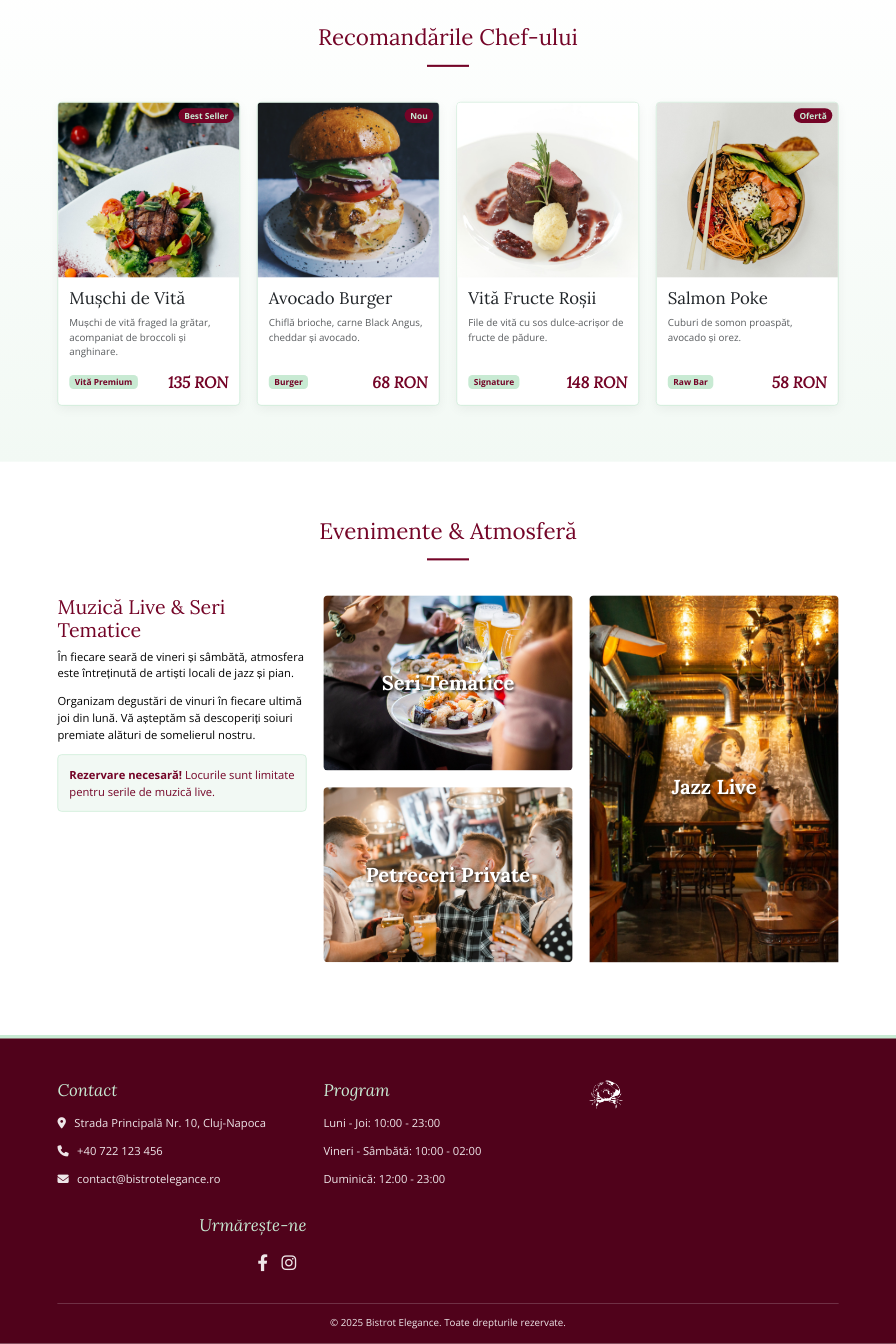
Repository: 912-Comsa-Teodora/bistrot-restaurant
Page: restaurant/index.html
These files come from the project's save history. The page is drawn as it stood at one moment and after the next save; the edit follows.
The browser window is 1280 px wide. The pictures show the part of the page from y = 1261 to 3181 px (the page is 3181 px tall before and 3118 px after), at 70% of full size.
A picture or video elsewhere on the page could not be fetched, so the positions and the page height are approximate.

Above is the page before, as saved 2026-01-18 16:38:08.

### restaurant/index.html
<!DOCTYPE html>
<html lang="ro">
<head>
    <meta charset="UTF-8">
    <meta name="viewport" content="width=device-width, initial-scale=1.0">
    <meta name="description" content="Cel mai bun restaurant și bar din oraș. Atmosferă unică, meniu select.">
    <meta name="author" content="Numele Tau">

    <title>Bistrot Elegance - Restaurant & Bar</title>

    <link href="https://cdn.jsdelivr.net/npm/bootstrap@5.3.0/dist/css/bootstrap.min.css" rel="stylesheet">
    <link rel="stylesheet" href="https://cdnjs.cloudflare.com/ajax/libs/font-awesome/6.4.0/css/all.min.css">

    <link href="https://fonts.googleapis.com/css2?family=Lora:ital,wght@0,400;0,700;1,400&family=Open+Sans:wght@300;400;700&display=swap" rel="stylesheet">

    <style>
        :root {
            --primary-color: #740427;
            --primary-dark: #50021b;
            --mint-color: #C8EAD3;
            --mint-light: #F2F9F4;
            --text-dark: #000000;
            --white: #ffffff;
        }

        body {
            /* CHANGE 1: Applied Open Sans */
            font-family: 'Open Sans', sans-serif;
            color: var(--text-dark);
            padding-top: 65px;
            background-color: var(--white);
        }

        h1, h2, h3, h4, h5 {
            /* CHANGE 1: Applied Lora */
            font-family: 'Lora', serif;
            color: var(--primary-color);
        }

        .navbar {
            background-color: #fff;
            box-shadow: 0 2px 10px rgba(0,0,0,0.1);
            border-bottom: 1px solid var(--mint-color);
        }

        .navbar-brand img {
            max-height: 40px;
        }

        .nav-link {
            color: var(--primary-dark);
            font-weight: 700;
            text-transform: uppercase;
            font-size: 0.9rem;
        }

        .nav-link:hover {
            color: var(--primary-color);
        }


        #heroCarousel .carousel-item img {
            height: calc(100vh - 65px);
            object-fit: cover;
            filter: brightness(0.6);
        }

        .carousel-caption {
            top: 50%;
            transform: translateY(-50%);
            bottom: auto;
            width: 70%;
            left: 15%;
        }

        .carousel-caption p {
            margin-top: 0;
            margin-bottom: 1.5rem;
            font-size: 1.2rem;
            font-weight: 300;
            color: #fff;
        }

        .carousel-caption h2 {
            font-size: 4rem;
            color: #fff;
            text-shadow: 2px 2px 4px rgba(0,0,0,0.6);
        }


        section {
            padding: 80px 0;
        }

        .section-title {
            text-align: center;
            margin-bottom: 50px;
            position: relative;
        }

        .section-title::after {
            content: '';
            display: block;
            width: 60px;
            height: 3px;
            background-color: var(--primary-color);
            margin: 20px auto;
        }

        .bg-mint-gradient {
            background: linear-gradient(180deg, var(--white) 0%, var(--mint-light) 100%);
        }

        .card {
            border: 1px solid var(--mint-color);
            background-color: #fff;
            transition: transform 0.3s;
            box-shadow: 0 5px 15px rgba(0,0,0,0.05);
        }

        .card:hover {
            transform: translateY(-5px);
            border-color: var(--primary-color);
            box-shadow: 0 10px 30px rgba(116, 4, 39, 0.1);
        }

        .card-img-top {
            height: 250px;
            width: 100%;
            object-fit: cover;
            object-position: center;
        }

        .price-tag {
            /* CHANGE 1 & 2: Font Lora + Italic */
            font-family: 'Lora', serif;
            font-size: 1.4rem;
            font-weight: 700;
            color: var(--primary-color);
            font-style: italic; /* Added Italic */
        }


        .badge-custom-primary {
            background-color: var(--primary-color) !important;
            color: var(--mint-color);
        }

        .badge-custom-mint {
            background-color: var(--mint-color) !important;
            color: var(--primary-color);
            font-weight: 700;
        }

        /* EVENTS STYLING */
        /* CHANGE 3: Wrapper for images to hold the text */
        .event-wrapper {
            position: relative;
            overflow: hidden;
            border-radius: 0.375rem; /* Matches Bootstrap 'rounded' */
        }

        /* CHANGE 3: Text Overlay Style */
        .event-text-overlay {
            position: absolute;
            top: 50%;
            left: 50%;
            transform: translate(-50%, -50%);
            color: var(--white);
            font-family: 'Lora', serif;
            font-size: 1.8rem;
            font-weight: 700;
            text-shadow: 2px 2px 4px rgba(0,0,0,0.8);
            width: 100%;
            text-align: center;
            z-index: 2;
            pointer-events: none; /* Allows clicking through text if needed */
        }

        /* Optional: Darken image slightly to make text pop */
        .event-wrapper img {
            transition: transform 0.3s ease;
        }
        .event-wrapper:hover img {
            transform: scale(1.05);
        }

        @media (min-width: 992px) {
            .event-img-small {
                height: 250px;
                width: 100%;
                object-fit: cover;
            }
            .event-img-large {
                height: calc(500px + 1.5rem);
                width: 100%;
                object-fit: cover;
            }
        }


        footer {
            background-color: var(--primary-dark);
            color: #fff;
            padding: 60px 0 20px;
            border-top: 5px solid var(--mint-color);
        }

        footer h4 {
            color: var(--mint-color);
            margin-bottom: 20px;
            /* CHANGE 2: Footer Titles Italic */
            font-style: italic;
        }

        footer p, footer i {
            color: rgba(255, 255, 255, 0.9);
        }

        .social-icons a {
            color: #fff;
            font-size: 1.5rem;
            margin-right: 15px;
            transition: color 0.3s;
        }

        .social-icons a:hover {
            color: var(--mint-color);
        }

        hr.bg-light {
             border-color: rgba(255,255,255,0.2);
        }
    </style>
</head>
<body>

    <header id="home">
        <nav class="navbar navbar-expand-lg navbar-light fixed-top">
            <div class="container">
                <a class="navbar-brand" href="index.html">
                    <img src="./pictures/Bistrot-Elegance-Logo-visiniu.png" alt="Logo Bistrot Elegance">
                </a>

                <button class="navbar-toggler" type="button" data-bs-toggle="collapse" data-bs-target="#navbarContent" aria-controls="navbarContent" aria-expanded="false" aria-label="Toggle navigation">
                    <span class="navbar-toggler-icon"></span>
                </button>

                <div class="collapse navbar-collapse" id="navbarContent">
                    <ul class="navbar-nav ms-auto mb-2 mb-lg-0">
                        <li class="nav-item">
                            <a class="nav-link" href="#home">Acasă</a>
                        </li>
                        <li class="nav-item">
                            <!-- LINK MODIFIED HERE TO OPEN PDF -->
                            <a class="nav-link" href="menu.pdf" target="_blank">Meniu</a>
                        </li>
                        <li class="nav-item">
                            <a class="nav-link" href="#despre">Despre Noi</a>
                        </li>
                        <li class="nav-item">
                            <a class="nav-link" href="#specialitati">Specialități</a>
                        </li>
                        <li class="nav-item">
                            <a class="nav-link" href="#evenimente">Evenimente</a>
                        </li>
                        <li class="nav-item">
                            <a class="nav-link" href="#contact">Contact</a>
                        </li>
                    </ul>
                </div>
            </div>
        </nav>
    </header>

    <div id="heroCarousel" class="carousel slide" data-bs-ride="carousel">
        <div class="carousel-inner">
            <div class="carousel-item active" data-bs-interval="3000">
                <img src="pictures/restaurant-imagine-principala.jpg" class="d-block w-100" alt="Interior restaurant">
                <div class="carousel-caption">
                    <p>Bine ați venit la</p>
                    <h2>Bistrot Elegance</h2>
                    <p>O experiență culinară de neuitat în inima orașului</p>
                </div>
            </div>

            <div class="carousel-item" data-bs-interval="3000">
                <img src="pictures/cover-bauturi.jpg" class="d-block w-100" alt="Bauturi">
                <div class="carousel-caption">
                    <h2>Cocktailuri Signature</h2>
                    <p>Mixologie rafinată pentru seri perfecte</p>
                </div>
            </div>

            <div class="carousel-item" data-bs-interval="3000">
                <img src="pictures/cover-mancare.jpg" class="d-block w-100" alt="Mancare">
                <div class="carousel-caption">
                    <h2>Gusturi Autentice</h2>
                    <p>Preparate create cu pasiune din ingrediente locale</p>
                </div>
            </div>

            <div class="carousel-item" data-bs-interval="3000">
                <img src="pictures/cover-desert.jpg" class="d-block w-100" alt="Desert">
                <div class="carousel-caption">
                    <h2>Deserturi Artizanale</h2>
                    <p>Finalul dulce perfect pentru orice masă</p>
                </div>
            </div>
        </div>
    </div>

    <section id="despre">
        <div class="container">
            <div class="row align-items-center">
                <div class="col-lg-6 mb-4 mb-lg-0">
                    <h2 class="mb-4">Povestea Noastră</h2>
                    <h3 class="mb-3" style="color: var(--text-dark); opacity: 0.8;">Tradiție și modernism din 2010</h3>
                    <p>
                        Situat într-o clădire istorică, <strong>Bistrot Elegance</strong> îmbină arhitectura clasică cu un design interior modern și vibrant. Ne mândrim cu o atmosferă care invită la relaxare și conversație, fiind locul ideal atât pentru întâlniri de afaceri, cât și pentru cine romantice.
                    </p>
                    <p>
                        Filozofia noastră culinară se bazează pe ingrediente locale, proaspete, reinterpretate într-o manieră internațională. Echipa noastră de bucătari pasionați lucrează zilnic pentru a oferi preparate care surprind prin gust și prezentare.
                    </p>
                </div>
                <div class="col-lg-6">
                    <img src="pictures/interior-restaurant.jpg" class="img-fluid rounded shadow" alt="Interior restaurant">
                </div>
            </div>
        </div>
    </section>

    <section id="specialitati" class="bg-mint-gradient">
        <div class="container">
            <h2 class="section-title">Recomandările Chef-ului</h2>
            <div class="row g-4">

                <div class="col-md-6 col-lg-3">
                    <div class="card h-100">
                        <span class="position-absolute top-0 end-0 badge rounded-pill badge-custom-primary m-2">
                            Best Seller
                        </span>
                        <img src="pictures/muschi-de-vita-cu-legume.jpg" class="card-img-top" alt="Vita">
                        <div class="card-body d-flex flex-column">
                            <h4 class="card-title">Mușchi de Vită</h4>
                            <p class="card-text small text-muted">Mușchi de vită fraged la grătar, acompaniat de broccoli și anghinare.</p>
                            <div class="mt-auto d-flex justify-content-between align-items-center">
                                <span class="badge badge-custom-mint">Vită Premium</span>
                                <span class="price-tag">135 RON</span>
                            </div>
                        </div>
                    </div>
                </div>

                <div class="col-md-6 col-lg-3">
                    <div class="card h-100">
                         <span class="position-absolute top-0 end-0 badge rounded-pill badge-custom-primary m-2">
                            Nou
                        </span>
                        <img src="pictures/avocado-gourmet-burger.jpg" class="card-img-top" alt="Burger">
                        <div class="card-body d-flex flex-column">
                            <h4 class="card-title">Avocado Burger</h4>
                            <p class="card-text small text-muted">Chiflă brioche, carne Black Angus, cheddar și avocado.</p>
                            <div class="mt-auto d-flex justify-content-between align-items-center">
                                <span class="badge badge-custom-mint">Burger</span>
                                <span class="price-tag">68 RON</span>
                            </div>
                        </div>
                    </div>
                </div>

                 <div class="col-md-6 col-lg-3">
                    <div class="card h-100">
                        <img src="pictures/vita-cu-fructe-rosii.jpg" class="card-img-top" alt="Vita fructe rosii">
                        <div class="card-body d-flex flex-column">
                            <h4 class="card-title">Vită Fructe Roșii</h4>
                            <p class="card-text small text-muted">File de vită cu sos dulce-acrișor de fructe de pădure.</p>
                            <div class="mt-auto d-flex justify-content-between align-items-center">
                                <span class="badge badge-custom-mint">Signature</span>
                                <span class="price-tag">148 RON</span>
                            </div>
                        </div>
                    </div>
                </div>

                <div class="col-md-6 col-lg-3">
                    <div class="card h-100">
                        <span class="position-absolute top-0 end-0 badge rounded-pill badge-custom-primary m-2">
                            Ofertă
                        </span>
                        <img src="pictures/salmon-poke.jpg" class="card-img-top" alt="Poke">
                        <div class="card-body d-flex flex-column">
                            <h4 class="card-title">Salmon Poke</h4>
                            <p class="card-text small text-muted">Cuburi de somon proaspăt, avocado și orez.</p>
                            <div class="mt-auto d-flex justify-content-between align-items-center">
                                <span class="badge badge-custom-mint">Raw Bar</span>
                                <span class="price-tag">58 RON</span>
                            </div>
                        </div>
                    </div>
                </div>

            </div>
        </div>
    </section>

    <section id="evenimente">
        <div class="container">
            <h2 class="section-title">Evenimente & Atmosferă</h2>
            <div class="row">
                <div class="col-lg-4 mb-4">
                    <h3>Muzică Live & Seri Tematice</h3>
                    <p>În fiecare seară de vineri și sâmbătă, atmosfera este întreținută de artiști locali de jazz și pian.</p>
                    <p>Organizam degustări de vinuri în fiecare ultimă joi din lună. Vă așteptăm să descoperiți soiuri premiate alături de somelierul nostru.</p>
                    <div class="alert alert-info mt-3" style="background-color: var(--mint-light); border-color: var(--mint-color); color: var(--primary-color);">
                        <strong>Rezervare necesară!</strong> Locurile sunt limitate pentru serile de muzică live.
                    </div>
                </div>

                <div class="col-lg-4 col-md-6 mb-4">

                    <div class="event-wrapper mb-4">
                        <img src="pictures/seara-tematica-sushi.jpg" class="img-fluid w-100 event-img-small" alt="Live">
                        <div class="event-text-overlay">Seri Tematice</div>
                    </div>

                    <div class="event-wrapper">
                        <img src="pictures/petrecere-privata.jpg" class="img-fluid w-100 event-img-small" alt="Vin">
                        <div class="event-text-overlay">Petreceri Private</div>
                    </div>
                </div>

                <div class="col-lg-4 col-md-6">
                    <div class="event-wrapper h-100">
                        <img src="pictures/seara-de-jazz.jpg" class="img-fluid w-100 event-img-large" alt="Party">
                        <div class="event-text-overlay">Jazz Live</div>
                    </div>
                </div>

            </div>
        </div>
    </section>

    <footer id="contact">
        <div class="container">
            <div class="row">
                <div class="col-md-4 mb-4">
                    <h4>Contact</h4>
                    <p><i class="fas fa-map-marker-alt me-2"></i> Strada Principală Nr. 10, Cluj-Napoca</p>
                    <p><i class="fas fa-phone me-2"></i> +40 722 123 456</p>
                    <p><i class="fas fa-envelope me-2"></i> contact@bistrotelegance.ro</p>
                </div>

                <div class="col-md-4 mb-4">
                    <h4>Program</h4>
                    <p>Luni - Joi: 10:00 - 23:00</p>
                    <p>Vineri - Sâmbătă: 10:00 - 02:00</p>
                    <p>Duminică: 12:00 - 23:00</p>
                </div>

                <div class="col-md-4 mb-4">
                    <a class="navbar-brand" href="index.html">
                        <img src="./pictures/Bistrot-Elegance-Logo.png" alt="Logo Bistrot Elegance">
                    </a>
                </div>

                <div class="col-md-4 mb-4 text-md-end text-start">
                    <h4>Urmărește-ne</h4>
                    <div class="social-icons">
                        <a href="https://www.instagram.com/p/DTpjjSEiNyFa9zL6V36H__r-7ydWBVExPYOuuw0/?igsh=MWZ2dzEzcHJvdDZu" aria-label="Facebook"><i class="fab fa-facebook-f"></i></a>
                        <a href="https://www.instagram.com/bistrotelegance?igsh=MXN3Zzh1YTdrY3Y3cw%3D%3D&utm_source=qr" aria-label="Instagram"><i class="fab fa-instagram"></i></a>
                    </div>
                </div>
            </div>

            <hr class="bg-light">

            <div class="row">
                <div class="col-12 text-center">
                    <p class="small mb-0">&copy; 2025 Bistrot Elegance. Toate drepturile rezervate.</p>
                </div>
            </div>
        </div>
    </footer>

    <script src="https://cdn.jsdelivr.net/npm/bootstrap@5.3.0/dist/js/bootstrap.bundle.min.js"></script>
</body>
</html>

After the next save:
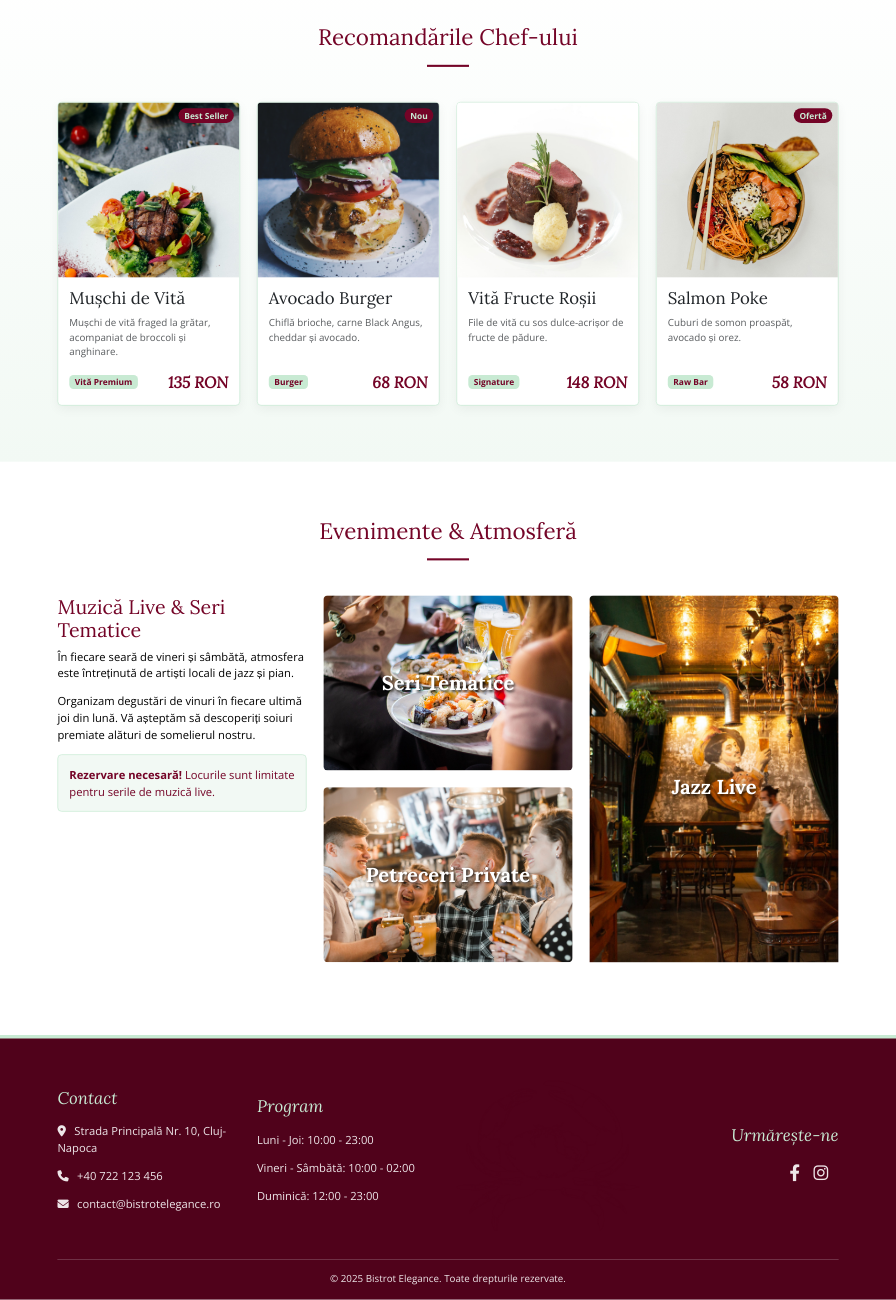
Saved 3 min 26 s later.
--- a/restaurant/index.html
+++ b/restaurant/index.html
@@ -443,28 +443,26 @@
 
     <footer id="contact">
         <div class="container">
-            <div class="row">
-                <div class="col-md-4 mb-4">
+            <div class="row align-items-center">
+                <div class="col-md-3 mb-4">
                     <h4>Contact</h4>
                     <p><i class="fas fa-map-marker-alt me-2"></i> Strada Principală Nr. 10, Cluj-Napoca</p>
                     <p><i class="fas fa-phone me-2"></i> +40 722 123 456</p>
                     <p><i class="fas fa-envelope me-2"></i> contact@bistrotelegance.ro</p>
                 </div>
 
-                <div class="col-md-4 mb-4">
+                <div class="col-md-3 mb-4">
                     <h4>Program</h4>
                     <p>Luni - Joi: 10:00 - 23:00</p>
                     <p>Vineri - Sâmbătă: 10:00 - 02:00</p>
                     <p>Duminică: 12:00 - 23:00</p>
                 </div>
 
-                <div class="col-md-4 mb-4">
-                    <a class="navbar-brand" href="index.html">
-                        <img src="./pictures/Bistrot-Elegance-Logo.png" alt="Logo Bistrot Elegance">
-                    </a>
-                </div>
-
-                <div class="col-md-4 mb-4 text-md-end text-start">
+                <div class="col-md-3 mb-4 text-center">
+                    <img src="./pictures/Bistrot-Elegance-Logo-visiniu.png" alt="Logo Bistrot Elegance" class="footer-logo img-fluid">
+                </div>
+
+                <div class="col-md-3 mb-4 text-md-end text-center">
                     <h4>Urmărește-ne</h4>
                     <div class="social-icons">
                         <a href="https://www.instagram.com/p/DTpjjSEiNyFa9zL6V36H__r-7ydWBVExPYOuuw0/?igsh=MWZ2dzEzcHJvdDZu" aria-label="Facebook"><i class="fab fa-facebook-f"></i></a>
